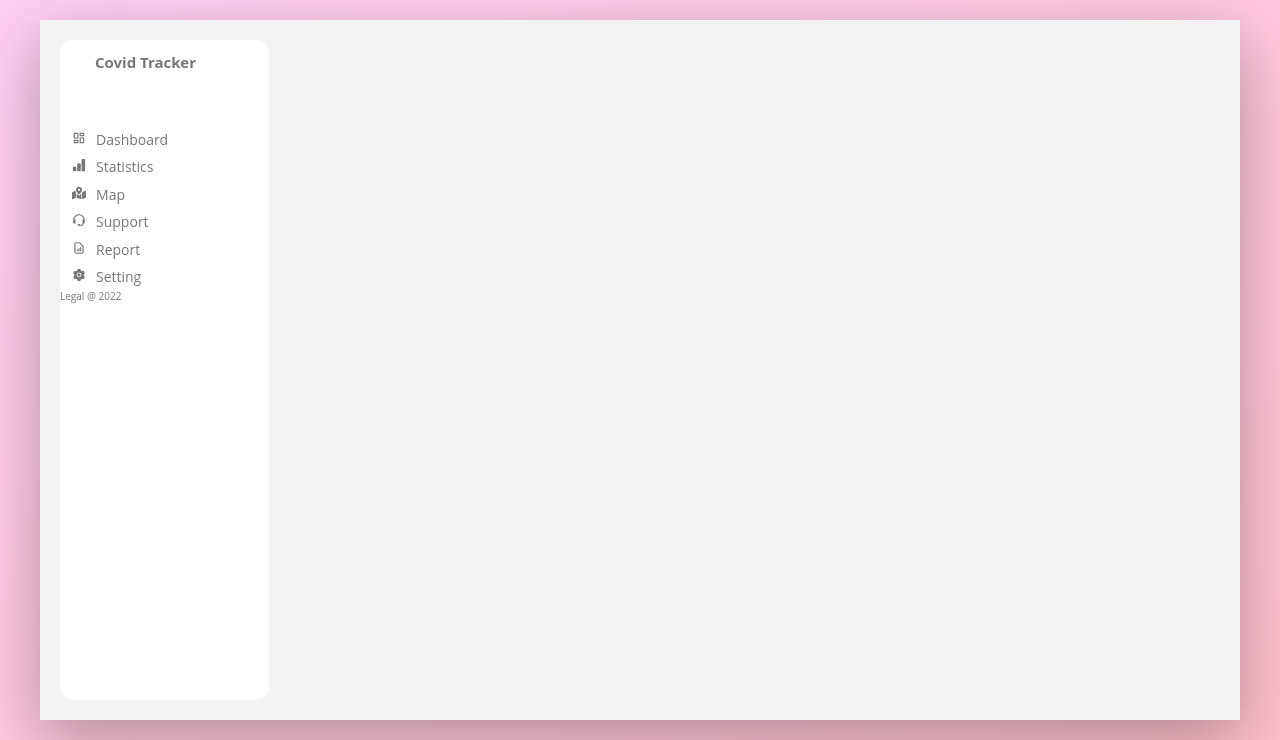
Repository: okidijimmy200/CovidAdminTracker
Page: /
These files come from the project's save history. The page is drawn as it stood at one moment and after a run of saves; the edit follows.
The browser window is 1280 px wide. The pictures show the whole page.
The project was rebuilt for these pictures with package versions that can differ from the ones it lists, and the page was loaded fresh each time.

Above is the page before, as saved 2022-06-09 17:16:43.

### src/index.scss
:root {
  --color-primary:#eb2f64;
  --color-primary-light:#ffcff1;
  --color-primary-dark:#ffc1cc;
  --color-grey-light-1: #faf9f9;
  --color-grey-light-2: #f4f2f2;
  --color-grey-light-3: #f0eeee;
  --color-grey-light-4: #ccc;
  --color-grey-dark-1: #333;
  --color-grey-dark-2: #777;
  --color-grey-dark-3: #999;

  // creating variable for box
  --shadow-dark: 0 2rem 6rem rgba(0, 0, 0, 0.3);

  --shadow-light: 0 2rem 5rem rgba(0,0,0,.06);
}


* {
  margin: 0;
  padding: 0;
}
*,
*::before,
*::after {
  box-sizing: inherit;
}

html {
  box-sizing: border-box;
  font-size: 62.5%;

}

body {
  font-family: 'Open Sans', sans-serif;
  font-weight: 400;
  line-height: 1.6;
  color: var(--color-grey-dark-2);
  background-image: linear-gradient(to right bottom, var(--color-primary-light), var(--color-primary-dark));
  background-size: cover;
  background-repeat: no-repeat;
  min-height: 100vh;
}

### src/App.tsx
import React from 'react';
import Sidebar from './sidebar/sidebar';
import Content from './core/content';
import './App.scss';

function App() {
  return (
    <div data-testid='container' className="container">
      <div className="content">
      <Sidebar />
      <Content />
      </div>

    </div>
  );
}

export default App;

### src/sidebar/sidebar.tsx
import React from 'react'
import {MdOutlineDashboard  } from 'react-icons/md'
import { BsFillBarChartFill } from 'react-icons/bs'
import { FaMapMarkedAlt } from 'react-icons/fa'
import { BiSupport } from 'react-icons/bi'
import { HiOutlineDocumentReport } from 'react-icons/hi'
import { AiFillSetting } from 'react-icons/ai'

import './sidebar.scss'

export default function sidebar() {
  return (
    <>
    <nav className="sidebar">
        <h2 className='title'>Covid Tracker</h2>
        <div className='sidebar-flex'>

        <ul className="side-nav">
            <li className="side-nav__item side-nav__item--active">
                <span className='side-nav__icon'><MdOutlineDashboard /></span>
                    <span>Dashboard</span>
            </li>
            <li className="side-nav__item">
                {/* <a href="#" class="side-nav__link"> */}
                    <span className="side-nav__icon">
                        <BsFillBarChartFill />
                        {/* <use xlink:href="img/spritspam#icon-aircraft-take-off"></use> */}
                    </span>
                    <span>Statistics</span>
                {/* </a> */}
            </li>
            <li className="side-nav__item">
                {/* <a href="#" class="side-nav__link"> */}
                    <span className="side-nav__icon">
                        <FaMapMarkedAlt />
                        {/* <use xlink:href="img/sprite.svg#icon-key"></use> */}
                    </span>
                    <span>Map</span>
                {/* </a> */}
            </li>
            <li className="side-nav__item">
                {/* <a href="#" className="side-nav__link"> */}
                    <span className="side-nav__icon">
                        {/* <use xlink:href="img/sprite.svg#icon-map"></use> */}
                        <BiSupport />
                    </span>
                    <span>Support</span>
                {/* </a> */}
            </li>
            <li className="side-nav__item">
                {/* <a href="#" className="side-nav__link"> */}
                    <span className="side-nav__icon">
                        {/* <use xlink:href="img/sprite.svg#icon-map"></use> */}
                        <HiOutlineDocumentReport />
                    </span>
                    <span>Report</span>
                {/* </a> */}
            </li>
            <li className="side-nav__item">
                {/* <a href="#" className="side-nav__link"> */}
                    <span className="side-nav__icon">
                        {/* <use xlink:href="img/sprite.svg#icon-map"></use> */}
                        <AiFillSetting />
                    </span>
                    <span>Setting</span>
                {/* </a> */}
            </li>
        </ul>
        <div className="legal">
            Legal @ 2022
        </div>
        </div>
    </nav>
</>
  )
}

### src/core/content.tsx
import React from 'react'

import './content.scss'

export default function Content() {
  return (
    <main className="hotel-view">
    </main>
  )
}

### src/App.scss
.container {
  max-width: 120rem;
  // centering in the view port
  margin: 2rem auto;
  background-color: var(--color-grey-light-2);
  // box-shadow:;
  box-shadow: var(--shadow-dark);

  // min height for testing
  // min-height: 60rem;

}

.content {
  display: flex;
  min-height: 70rem;
  padding: 2rem;
}

### src/sidebar/sidebar.scss

.sidebar {
    // styling the sidebar
    background-color: #fff;
    // flex property to define width, grow 0, shrink 0
    flex: 0 0 18%;
    // to create alot of space in the container for legal text
    border-radius: 1.3rem;
}

.side-nav {
    // adding font size
    font-size: 1.4rem;
    list-style: none;
    margin-top: 3.5rem;

   &__item {
       // parent element set to relative to element the hover effect
       position: relative;
       cursor: pointer;
       margin-left: 1.2rem;

       // to create space btn the items
       &:not(:last-child) {
           margin-bottom: .5rem;
       }
   }

   // this shd be visible only when we hover the item
   &__item:hover::before,
   // to make one of the li items initially highlighted
   &__item--active::before {
       width: 100%;
   }

   // to show the item as selected
   &__item:active::before {
       background-color: #fff;
   }


   &__link:link,
   &__link:visited {
    //    color: var(--color-grey-light-1);
       text-decoration: none;
       text-transform: uppercase;
       display: inline-block;
       padding: 1.5rem 3rem;
       // z-index only works with positioning
       position: relative;
       z-index: 10;
       // to align items in straight line
       display: flex;
       align-items: center;
   }

   &__icon {
       // reduce size of icons
       width: 1.75rem;
       height: 1.75rem;
       margin-right: 1rem;
       // current color is the color of the current element
       fill:currentColor;
   }
}
.sidebar-flex {
    display: flex;
    flex-direction: column;
    justify-content: space-between;
    // height: 90rem;
}
.title {
    padding: 1rem 2rem 2rem 3.5rem;
}

### src/core/content.scss
.hotel-view {
    // background-color: #fff;
    // to make the hotel-view cover up the remaining space
    flex: 1;
    margin-left: 2rem;
}

Loaded but not shown: public/index.html (common file); src/index.tsx (common file); src/reportWebVitals.ts (common file)

After the next 2 saves:
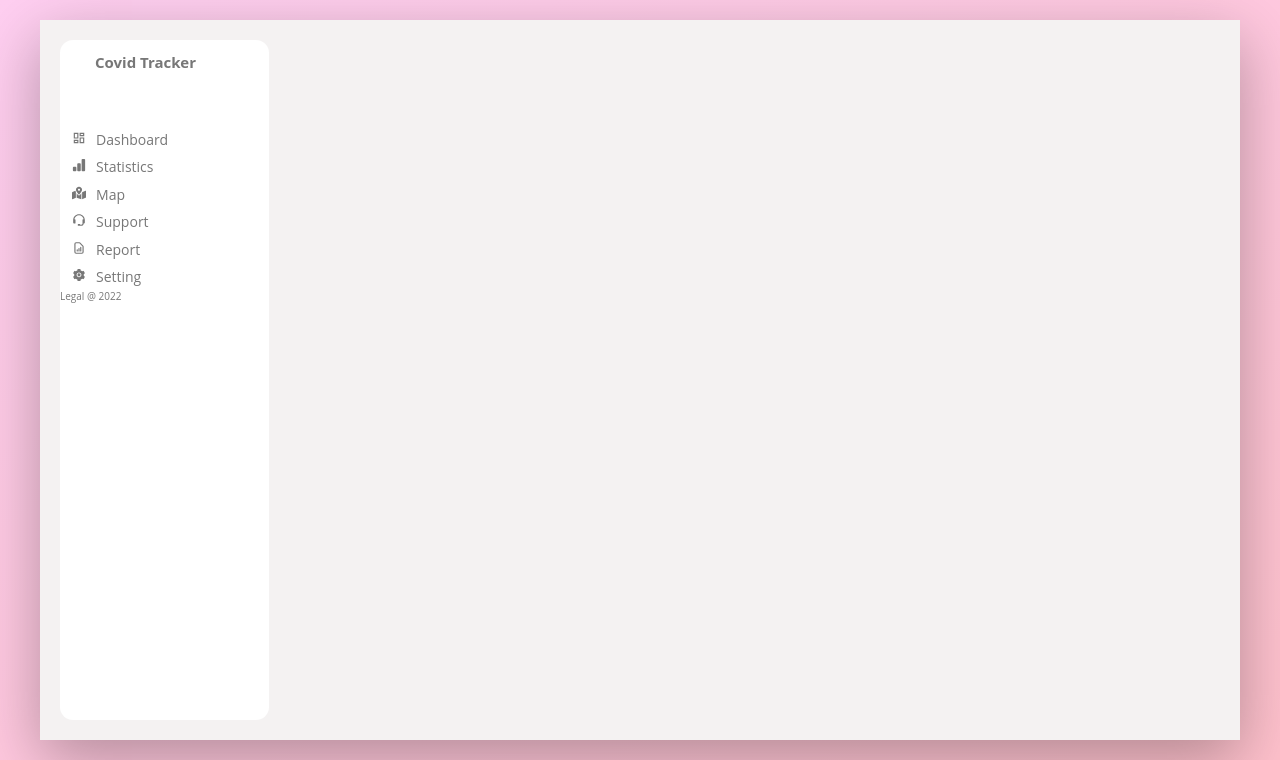
The 2 saves are shown as one change because they came seconds apart.
The last was saved 16 h 7 min later.
--- a/src/App.scss
+++ b/src/App.scss
@@ -13,6 +13,6 @@
 
 .content {
   display: flex;
-  min-height: 70rem;
+  min-height: 100vh;
   padding: 2rem;
 }
